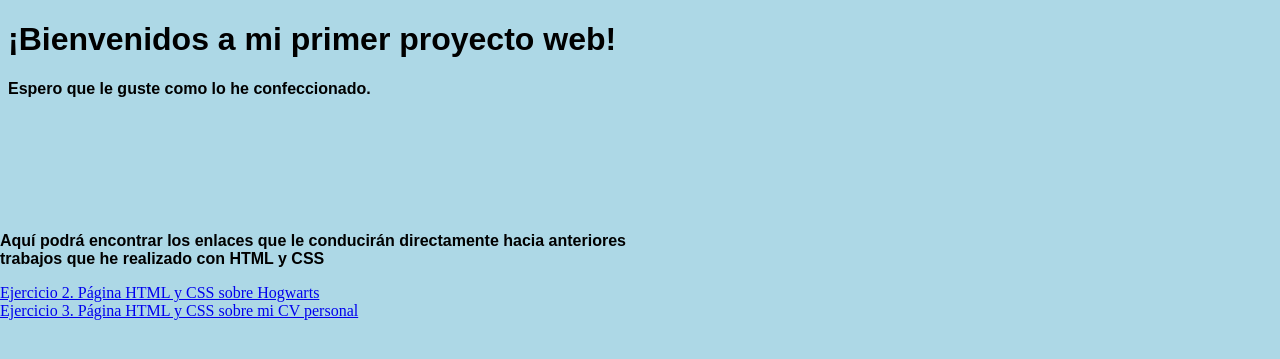
Repository: Pablosky971/Ejercicio-4.-Proyecto-Web
Page: http://localhost/Ejercicio4/
These files come from the project's save history. The page is drawn as it stood at one moment and after a run of saves; the edit follows.
The browser window is 1280 px wide. The pictures show the whole page.
The page is served by Tomcat 9.

Above is the page before, as saved 2022-03-09 12:44:45.

### Ejercicio4/src/main/webapp/index.html
<!DOCTYPE html>
<html>
<head>
<meta charset="UTF-8">
<title>Presentación</title>
<link rel="stylesheet" href="css/index.css">
</head>
<body>
	<header>
		<h1 class="titulo"> ¡Bienvenidos a mi primer proyecto web! </h1>
		<h3 class="subtitulo"> Espero que le guste como lo he confeccionado.</h3>

	</header>

	<main>

	<nav>
		<h3 class="navegacion"> Aquí podrá encontrar los enlaces que le conducirán directamente hacia anteriores trabajos que he realizado con HTML y CSS</h3>
		<a href="ejercicio2"> Ejercicio 2. Página HTML y CSS sobre Hogwarts</a>
		<a href="ejercicio3"> Ejercicio 3. Página HTML y CSS sobre mi CV personal</a>
	</nav>
	</main>

</body>
</html>

### Ejercicio4/src/main/webapp/css/index.css
body {
	background-color: lightblue;

}
h1.titulo {
	font-family: sans-serif;
	font-size: xx-large;

}

h3.subtitulo {
	font-family: sans-serif;
	font-size: medium;
}

h3.navegacion {
	font-family: sans-serif;
	font-size: medium;
}

nav {
	position: absolute;
	top: 30%;
	left: 0%;
	width: 50%;
	height: 50%;
	display: block;
}

a {
	display: block;
}

a:hover {
	color: green;

}

After the next 2 saves:
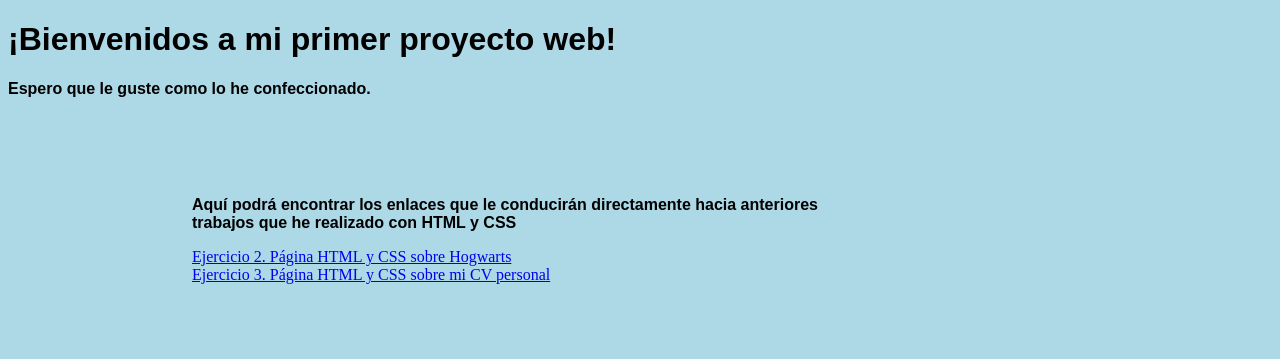
The 2 saves are shown as one change because they came seconds apart.
The last was saved 16 s later.
--- a/Ejercicio4/src/main/webapp/css/index.css
+++ b/Ejercicio4/src/main/webapp/css/index.css
@@ -20,8 +20,8 @@ h3.navegacion {
 
 nav {
 	position: absolute;
-	top: 30%;
-	left: 0%;
+	top: 25%;
+	left: 15%;
 	width: 50%;
 	height: 50%;
 	display: block;
